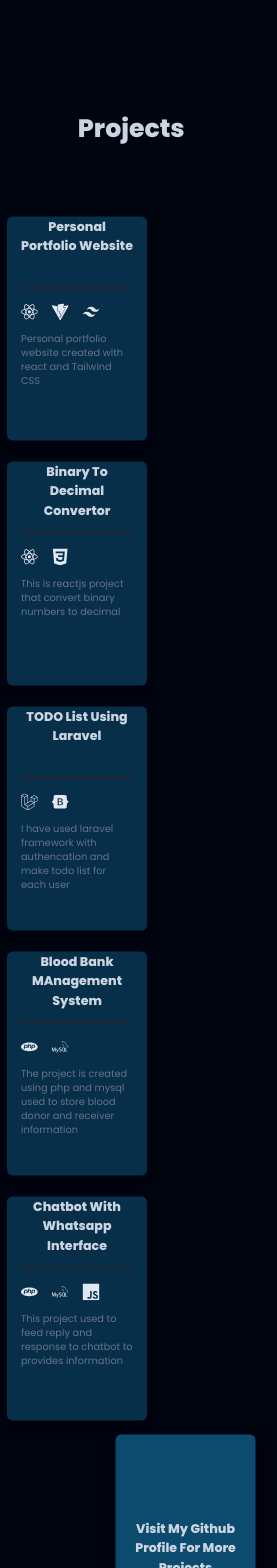
Repository: sibi24sibi/MyPersonalPortfolio
Page: /
The author's editor kept a copy of each file at every save. The page is drawn from the files as they stood at one save, then again after the next save.
The browser window is 375 px wide. The page is 395 px wide, so the pictures cover 395 px, including what lies to the right of the window. The pictures show the part of the page from y = 1908 to 4148 px (the page is 5396 px tall), at 70% of full size.
The project was rebuilt for these pictures with package versions that can differ from the ones it lists, and the page was loaded fresh each time. Also part of the build but not shown: vite.config.js, src/components/Menu.jsx, src/components/Footer.jsx.

Above is the page before, as saved 2024-05-03 20:20:49.

After the next save:
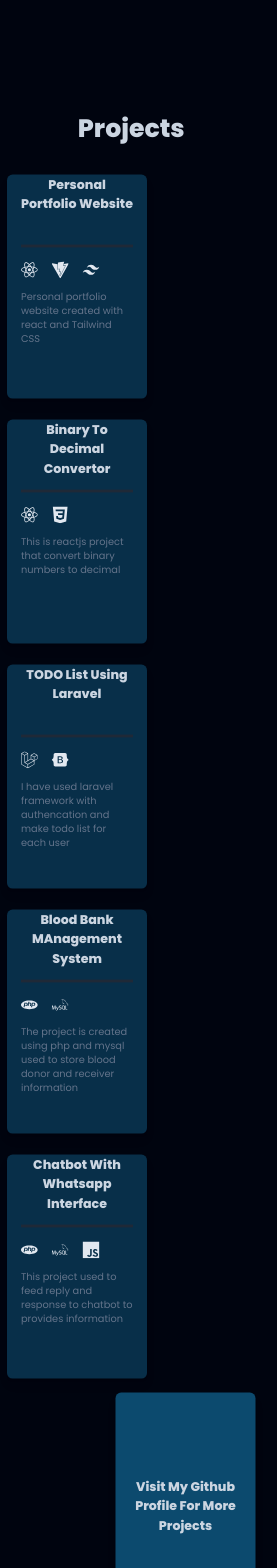
Saved 13 s later.
--- a/src/components/proj_style.css
+++ b/src/components/proj_style.css
@@ -31,7 +31,7 @@
     position:relative;
     left:unset;
     padding-bottom:unset;
-    top: -10px;
+    top: -70px;
     margin:10px;
     padding-bottom:unset;
   }
